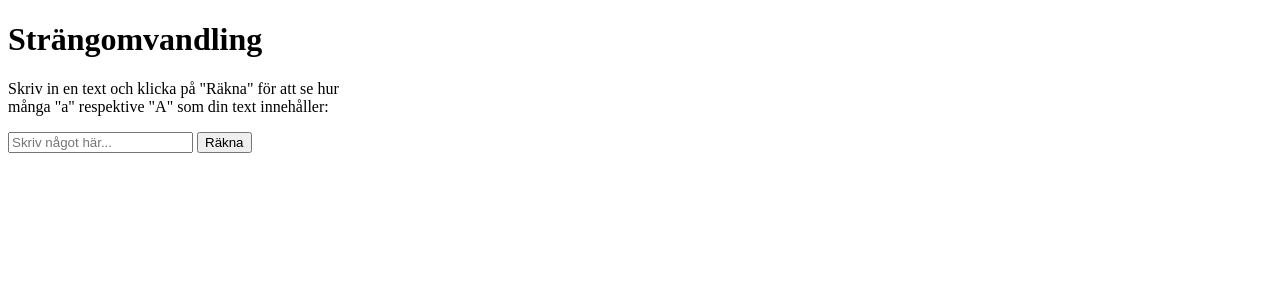
Repository: CarroForslund/laboration-1-1dv404
Page: raknaa/index.html
The author's editor kept a record of every edit. The page is drawn from the files as they stood at one moment, then again after the next edit.
The browser window is 1280 px wide. The pictures show the whole page.

Above is the page before.

### raknaa/index.html
<!DOCTYPE html>
<html lang="sv">
<head>
	<meta charset="UTF-8" />
 	<title>JavaScript - Strängar</title>
 	<style>
 		.error {
 			background-color: #F7A1A1;
 		}
 	</style>
</head>
    <body>
        <h1>Strängomvandling</h1>
 		<form>
 		    <p>Skriv in en text och klicka på "Räkna" för att se hur<br />
 		    många "a" respektive "A" som din text innehåller:</p>
 			<input type="text" id="string" placeholder="Skriv något här..." />
 			<input id="send" type="submit" class="button" value="Räkna" />
 			<p id="value"></p>
		</form>

    	<script src="script.js"></script>

    </body>
</html>

### raknaa/script.js
"use strict";

window.onload = function(){

	var convertString = function(str){

		if (isNaN(str)){
			var newStr = "";
			var count_a = 0;
			var count_A = 0;

			for (var i = 0; i < str.length; i++){

				if (str[i] == "A"){
					count_A += 1;
				}
				else if (str[i] == "a"){
					count_a += 1;
				}

			}
			return "Antal A: " +count_A+ "<br />Antal a: " +count_a;
		}
		else {
			throw new Error ("Du måste skriva in något och du kan inte skriva enbart siffror.");
		}
	};
	// ------------------------------------------------------------------------------


	// Kod för att hantera utskrift och inmatning. Denna ska du inte behöva förändra
	var p = document.querySelector("#value"); // Referens till DOM-noden med id="#value"
	var input = document.querySelector("#string");
	var submit = document.querySelector("#send");

	// Vi kopplar en eventhanterare till formulärets skickaknapp som kör en anonym funktion.
	submit.addEventListener("click", function(e){
		e.preventDefault(); // Hindra formuläret från att skickas till servern. Vi hanterar allt på klienten.

		p.classList.remove( "error");

		try {
			var answer = convertString(input.value) // Läser in texten från textrutan och skickar till funktionen "convertString"
			p.innerHTML = answer;		// Skriver ut texten från arrayen som skapats i funktionen.
		} catch (error){
			p.classList.add( "error"); // Växla CSS-klass, IE10+
			p.innerHTML = error.message;
		}

	});



};

### style.css
.error {
 			background-color: #F7A1A1;
 		}

.button {
	-moz-box-shadow:inset 0px 1px 0px 0px #d197fe;
	-webkit-box-shadow:inset 0px 1px 0px 0px #d197fe;
	box-shadow:inset 0px 1px 0px 0px #d197fe;
	background:-webkit-gradient( linear, left top, left bottom, color-stop(0.05, #a53df6), color-stop(1, #7c16cb) );
	background:-moz-linear-gradient( center top, #a53df6 5%, #7c16cb 100% );
	filter:progid:DXImageTransform.Microsoft.gradient(startColorstr='#a53df6', endColorstr='#7c16cb');
	background-color:#a53df6;
	-webkit-border-top-left-radius:5px;
	-moz-border-radius-topleft:5px;
	border-top-left-radius:5px;
	-webkit-border-top-right-radius:5px;
	-moz-border-radius-topright:5px;
	border-top-right-radius:5px;
	-webkit-border-bottom-right-radius:5px;
	-moz-border-radius-bottomright:5px;
	border-bottom-right-radius:5px;
	-webkit-border-bottom-left-radius:5px;
	-moz-border-radius-bottomleft:5px;
	border-bottom-left-radius:5px;
	text-indent:0;
	border:1px solid #9c33ed;
	display:inline-block;
	color:#ffffff;
	font-family:Arial;
	font-size:15px;
	font-weight:bold;
	font-style:normal;
	height:33px;
	line-height:33px;
	width:77px;
	text-decoration:none;
	text-align:center;
	text-shadow:1px 1px 0px #7d15cd;
}
.button:hover {
	background:-webkit-gradient( linear, left top, left bottom, color-stop(0.05, #7c16cb), color-stop(1, #a53df6) );
	background:-moz-linear-gradient( center top, #7c16cb 5%, #a53df6 100% );
	filter:progid:DXImageTransform.Microsoft.gradient(startColorstr='#7c16cb', endColorstr='#a53df6');
	background-color:#7c16cb;
}.button:active {
	position:relative;
	top:1px;

After the next edit:
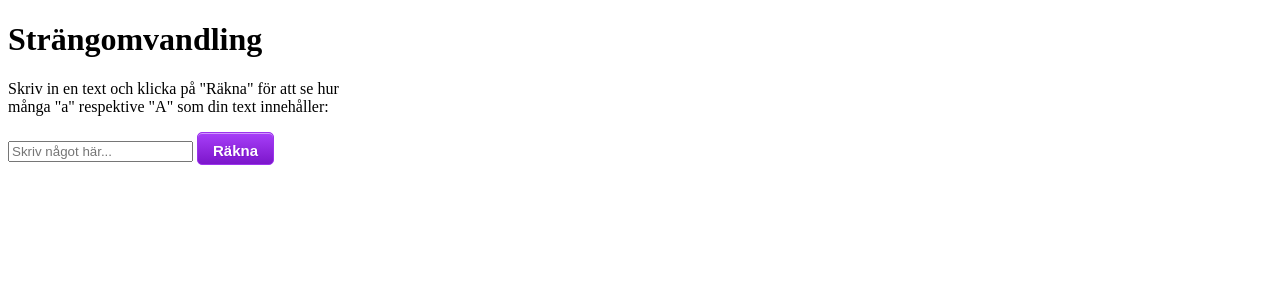
The edit:
--- a/raknaa/index.html
+++ b/raknaa/index.html
@@ -3,11 +3,7 @@
 <head>
 	<meta charset="UTF-8" />
  	<title>JavaScript - Strängar</title>
- 	<style>
- 		.error {
- 			background-color: #F7A1A1;
- 		}
- 	</style>
+    <link rel="stylesheet" type="text/css" href="style.css" />
 </head>
     <body>
         <h1>Strängomvandling</h1>
